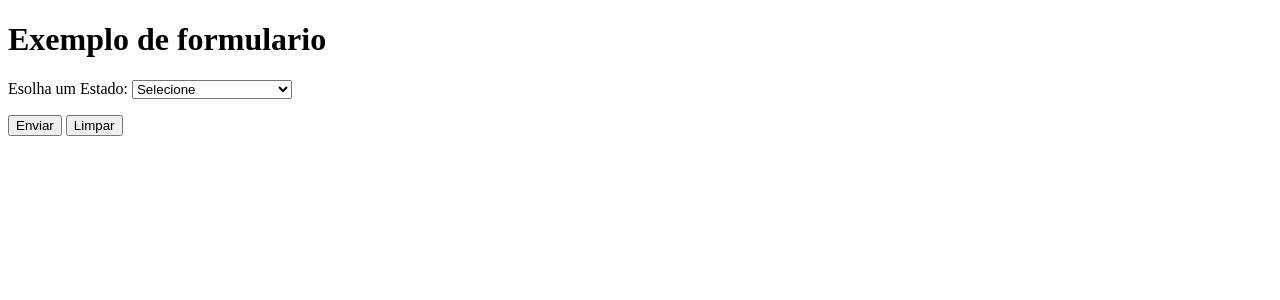
Repository: Lucianorodriguesdev/cursoHTML-CSS
Page: ex025/form007.html
An editor plug-in stored every save of this project. The page is shown before and after the next save, followed by the edit.
The browser window is 1280 px wide. The pictures show the whole page.

Above is the page before, as saved 2026-07-10 13:01:05.

After the next save:
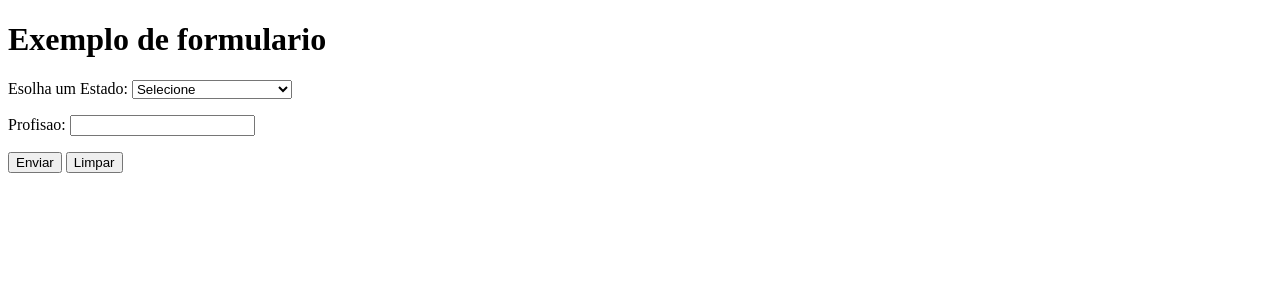
Saved 83 s later.
--- a/ex025/form007.html
+++ b/ex025/form007.html
@@ -29,7 +29,12 @@
         </p>
 
         <p>
-            <label for="iprofissao"></label>
+            <label for="iprofissao">Profisao:</label>
+            <input type="text" name="profissao" id="iprofissao">
+            <datalist>
+                <option value="dev">Desenvolvedor</option>
+                <option value="adm">Administrador</option>
+            </datalist>
         </p>
 
         <p>
